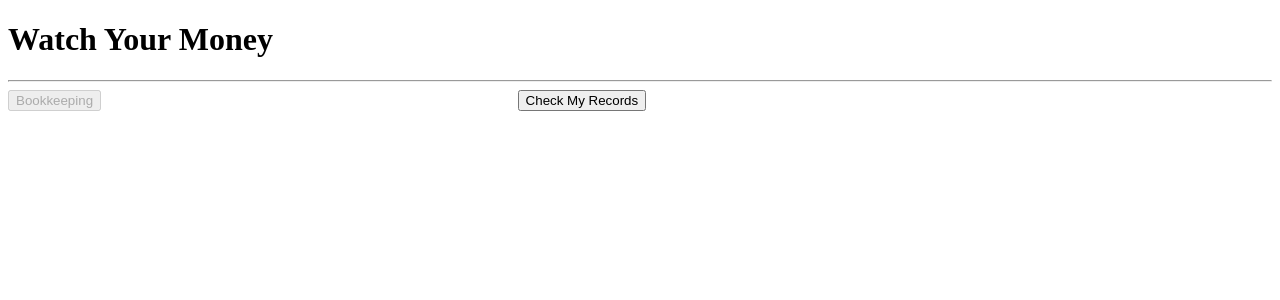
Repository: chelsea9869/Hackathon-TNT
Page: http://localhost/app/watch_your_money.php
An editor plug-in stored every save of this project. The page is shown before and after a run of saves, followed by the edit.
The browser window is 1280 px wide. The pictures show the whole page.
The page is run by PHP 8.4 with error messages shown; the project is at /var/www/html/.

Above is the page before, as saved 2020-09-05 10:51:30.

After the next 3 saves:
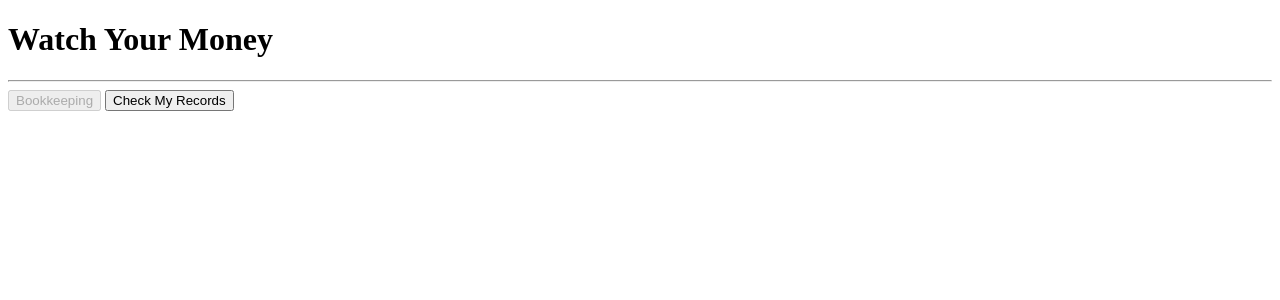
The 3 saves are shown as one change because they came seconds apart.
The last was saved 14 s later.
--- a/app/watch_your_money.php
+++ b/app/watch_your_money.php
@@ -9,7 +9,7 @@
     <h1>Watch Your Money</h1>
     <hr>
     <div name='function'>
-        <div id='bookkeeping' style="width:40%;display: inline-table">
+        <div id='bookkeeping' style="left:width:40%;display: inline-table">
             <button disabled="disabled">Bookkeeping</button>
         </div>
         <div id='check_records' style="width:40%;display: inline-table">

After the save that followed:
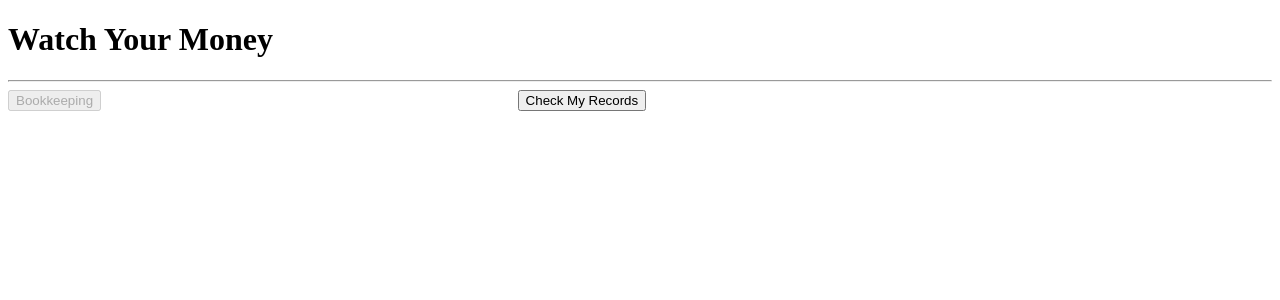
Saved 5 s later.
--- a/app/watch_your_money.php
+++ b/app/watch_your_money.php
@@ -9,7 +9,7 @@
     <h1>Watch Your Money</h1>
     <hr>
     <div name='function'>
-        <div id='bookkeeping' style="left:width:40%;display: inline-table">
+        <div id='bookkeeping' style="width:40%;display: inline-table">
             <button disabled="disabled">Bookkeeping</button>
         </div>
         <div id='check_records' style="width:40%;display: inline-table">
